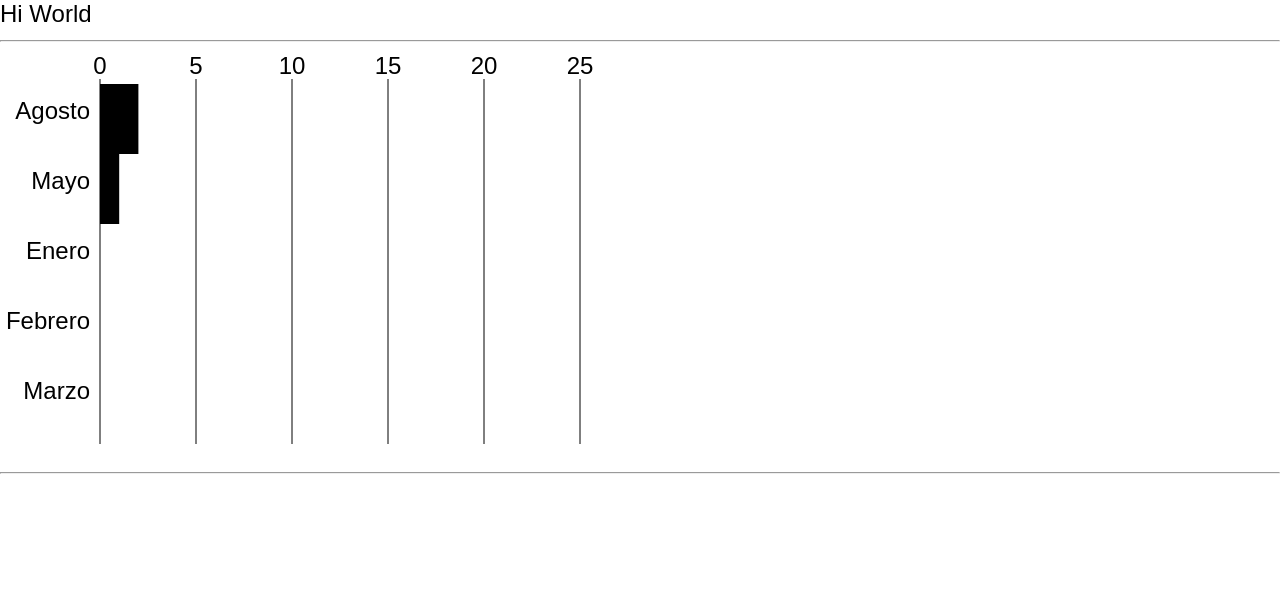
Repository: PCGP22/prueba-tecnica-dats-why
Page: / (app in Event Manager/)
An editor plug-in stored every save of this project. The page is shown before and after the next save, followed by the edit.
The browser window is 1280 px wide. The pictures show the whole page.
The project was rebuilt for these pictures with package versions that can differ from the ones it lists, and the page was loaded fresh each time. Also part of the build but not shown: Event Manager/vite.config.ts.

Above is the page before, as saved 2023-11-16 18:08:36.

### Event Manager/src/App.tsx
import TablaDos from "./components/TablaEventosMes";

function App() {
  return (
    <div>
      Hi World
      <br />
      <TablaDos />
    </div>
  );
}

export default App;

### Event Manager/src/index.css
:root{
  font-size: 24px;
  font-family: sans-serif;
}
body{
  margin: 0;
  padding: 0;
}

### Event Manager/src/components/TablaEventosMes.tsx
import { getMonthFrequency } from "../data/events";
import { select, selectAll } from "d3-selection";
import { scaleBand, scaleLinear } from "d3-scale";
import { useRef, useEffect } from "react";

function TablaDos() {
  const tablaSvg = useRef(null);
  const data = getMonthFrequency();
  const sortedData = Object.entries(data)
    .sort((a, b) => b[1] - a[1])
    .slice(0, 5);

  const margin = { top: 30, right: 20, bottom: 20, left: 100 };

  const y = 0;
  const width = 600;
  const height = 400;
  const innerHeight = height - margin.bottom - margin.top;
  const innerWidth = width - margin.left - margin.right;

  const xScale = scaleLinear().domain([0, 25]).range([0, innerWidth]);
  const yScale = scaleBand()
    .domain(sortedData.map((d) => d[0]))
    .range([0, innerHeight]);

  return (
    <div>
      <hr />
      <svg ref={tablaSvg} width={width} height={height}>
        <g transform={`translate(${margin.left},${margin.top})`}>
          {xScale.ticks(5).map((t) => {
            return (
              <g key={t} transform={`translate(${xScale(t)},0)`}>
                <line y1={-5} y2={innerHeight + 10} stroke="black" />
                <text
                  textAnchor="middle"
                  transform="translate(0,-10)"
                  fill="black">
                  {t}
                </text>
              </g>
            );
          })}
          {yScale.domain().map((t) => {
            return (
              <g key={t} transform={`translate(-10,${yScale(t)})`}>
                <text textAnchor="end" transform="translate(0,35)" fill="black">
                  {t}
                </text>
              </g>
            );
          })}
          {sortedData.map((d) => (
            <rect
              x={0}
              y={yScale(d[0])}
              width={xScale(d[1])}
              height={yScale.bandwidth()}
            />
          ))}
        </g>
      </svg>
      <hr />
    </div>
  );
}

export default TablaDos;

### Event Manager/src/data/events.ts
type event = {
    nombre: string;
    descripcion: string;
    coordenadas?: [number, number];
    fechas: [Date, Date];
    urlDeImagen: string;
}


type frequenciaDeMeses = {
    [index: string]: number;
}

const eventos:event[] = [
    {
        nombre: "Concierto de pop",
        descripcion: "El concierto de Pop del cantante del momento, ¡No te lo puedes perder!",
        fechas:[new Date("05/12/2023"), new Date("10/12/2023")],
        urlDeImagen: "https://www.entradas.com/magazine/fileadmin/_processed_/c/1/csm_outfit-conciertos_9cba9d8eb3.png",
    },
    {
        nombre: "Fiesta nocturna en Cancún",
        descripcion: "Fiesta en un bar de Cancún, con música, comida y música en vivo, ¡Será inolvidable!",
        fechas:[new Date("08/20/2023"), new Date("08/21/2023")],
        urlDeImagen: "https://www.villapalmarcancun.com.mx/blog/wp-content/uploads/2016/11/cancun-nightlife-1.jpg",
    },
    {
        nombre: "Fiesta nocturna en Cancún",
        descripcion: "Fiesta en un bar de Cancún, con música, comida y música en vivo, ¡Será inolvidable!",
        fechas:[new Date("08/20/2023"), new Date("08/21/2023")],
        urlDeImagen: "https://www.villapalmarcancun.com.mx/blog/wp-content/uploads/2016/11/cancun-nightlife-1.jpg",
    },


]

export default eventos;

export function getMonthFrequency(){

    const todosLosMeses = [
    "Enero",
    "Febrero",
    "Marzo",
    "Abril",
    "Mayo",
    "Junio",
    "Julio",
    "Agosto",
    "Septiembre",
    "Octubre",
    "Noviembre",
    "Diciembre",
  ];
  const frecuenciaDeMeses:frequenciaDeMeses = {
    Enero: 0,
    Febrero: 0,
    Marzo: 0,
    Abril: 0,
    Mayo: 0,
    Junio: 0,
    Julio: 0,
    Agosto: 0,
    Septiembre: 0,
    Octubre: 0,
    Noviembre: 0,
    Diciembre: 0,
};

eventos.forEach((e) => {
    const mes = todosLosMeses[e.fechas[0].getMonth()];
    frecuenciaDeMeses[mes] += 1;
});

return frecuenciaDeMeses;
}

### Event Manager/src/components/NavBar.tsx
function NavBar() {
  return (
    <nav>
      <h1>EventMaster.com</h1>
      <div>
        <a href="#events">Eventos</a>|<a href="#about">Nosotros</a>|
        <a href="#form">Agenda tu evento</a>
      </div>
    </nav>
  );
}

export default NavBar;

Loaded but not shown: Event Manager/index.html (common file); Event Manager/src/main.tsx (common file)

After the next save:
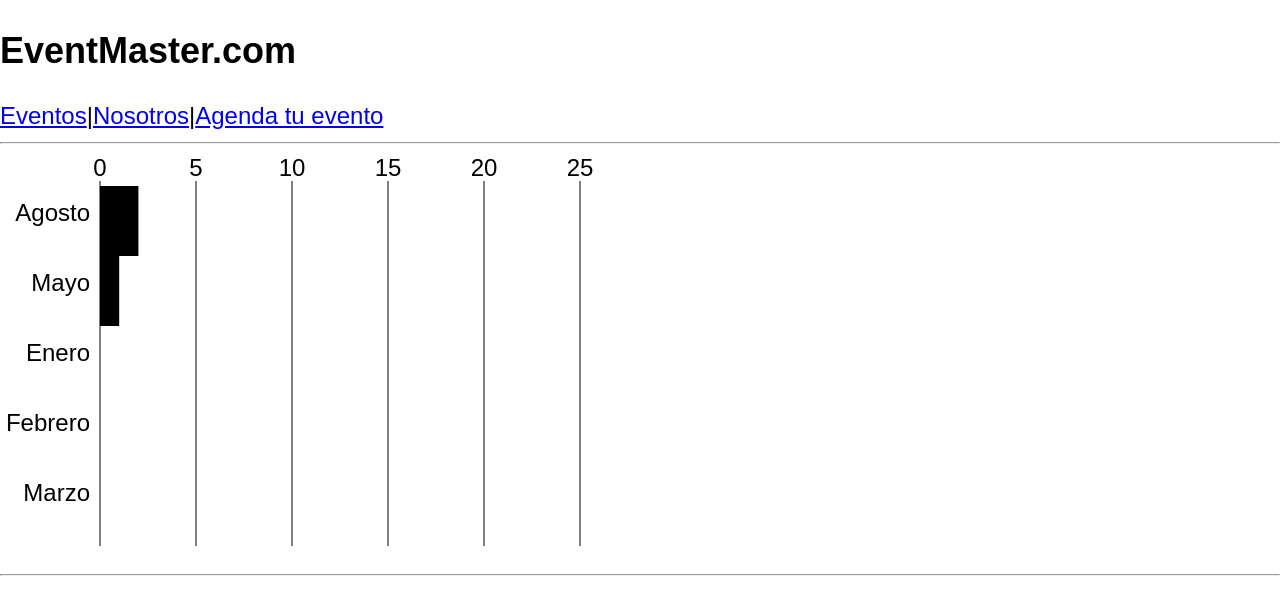
Saved 2 min 13 s later.
--- a/Event Manager/src/App.tsx
+++ b/Event Manager/src/App.tsx
@@ -1,12 +1,16 @@
+import NavBar from "./components/NavBar";
 import TablaDos from "./components/TablaEventosMes";
 
 function App() {
   return (
-    <div>
-      Hi World
-      <br />
-      <TablaDos />
-    </div>
+    <>
+      <NavBar />
+      <main id="events"></main>
+      <section id="about">
+        <TablaDos />
+      </section>
+      <section id="form"></section>
+    </>
   );
 }
 
